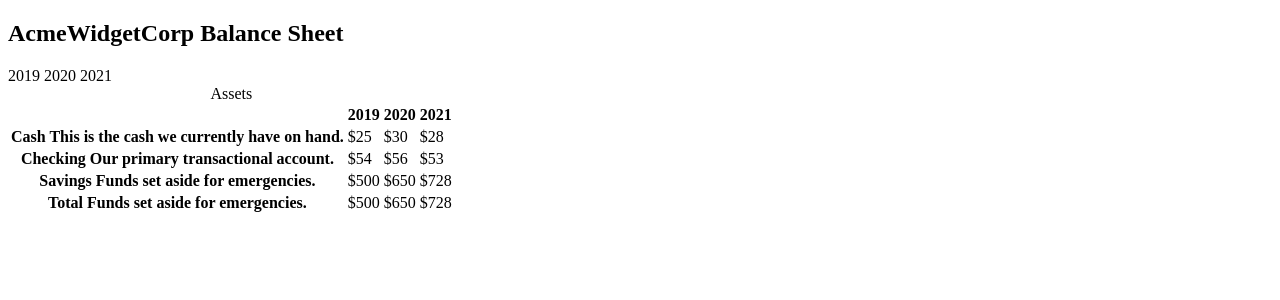
Repository: cipdanila/freeCodeCamp
Page: BalanceSheet/index.html
These files come from the project's save history. The page is drawn as it stood at one moment and after the next save; the edit follows.
The browser window is 1280 px wide. The pictures show the whole page.

Above is the page before, as saved 2023-10-19 16:26:12.

### BalanceSheet/index.html
<!DOCTYPE html>
<html lang="en">
    <head>
        <meta charset="UTF-8" />
        <meta name="viewport" content="width=device-width, initial-scale=1.0" />
        <title>Balance Sheet</title>
        <link rel="stylesheet" href="./styles.css" />
    </head>
    <body>
        <main>
            <section>
                <h1>
                    <span class="flex">
                        <span>AcmeWidgetCorp</span>
                        <span>Balance Sheet</span>
                    </span>
                </h1>
                <div id="years" aria-hidden="true">
                    <span class="year">2019</span>
                    <span class="year">2020</span>
                    <span class="year">2021</span>
                </div>
                <div class="table-wrap">
                    <table>
                        <caption>
                            Assets
                        </caption>
                        <thead>
                            <tr>
                                <td></td>
                                <th><span class="sr-only year">2019</span></th>
                                <th><span class="sr-only year">2020</span></th>
                                <th class="current">
                                    <span class="sr-only year">2021</span>
                                </th>
                            </tr>
                        </thead>
                        <tbody>
                            <tr class="data">
                                <th>
                                    Cash <span class="description">This is the cash we currently have on hand.</span>
                                    <td>$25</td>
                                    <td>$30</td>
                                    <td class="current">$28</td>
                                </th>
                            </tr>
                            <tr class="data">
                                <th>
                                    Checking <span class="description">Our primary transactional account.</span>
                                    <td>$54</td>
                                    <td>$56</td>
                                    <td class="current">$53</td>
                                </th>
                            </tr>
                            <tr class="data">
                                <th>
                                    Savings <span class="description">Funds set aside for emergencies.</span>
                                    <td>$500</td>
                                    <td>$650</td>
                                    <td class="current">$728</td>
                                </th>
                            </tr>
                            <tr class="total">
                                <th>
                                    Total <span class="description">Funds set aside for emergencies.</span>
                                    <td>$500</td>
                                    <td>$650</td>
                                    <td class="current">$728</td>
                                </th>
                            </tr>
                        </tbody>
                    </table>
                    <table></table>
                    <table></table>
                </div>
            </section>
        </main>
    </body>
</html>

Loaded but not shown: BalanceSheet/styles.css (empty)

After the next save:
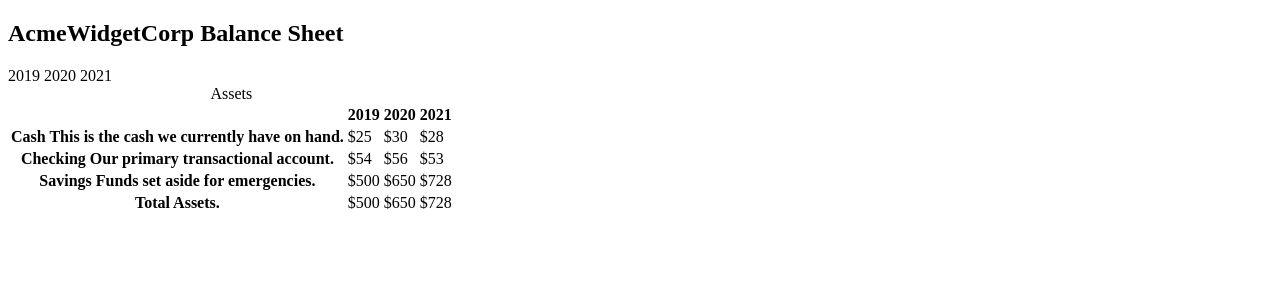
Saved 11 s later.
--- a/BalanceSheet/index.html
+++ b/BalanceSheet/index.html
@@ -62,7 +62,7 @@
                             </tr>
                             <tr class="total">
                                 <th>
-                                    Total <span class="description">Funds set aside for emergencies.</span>
+                                    Total <span class="description">Assets.</span>
                                     <td>$500</td>
                                     <td>$650</td>
                                     <td class="current">$728</td>
